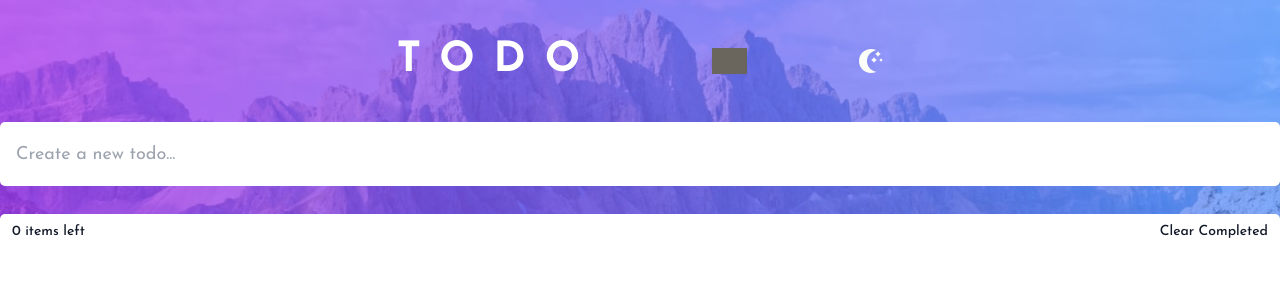
Repository: ikram-lisa/todo-list
Page: /
These files come from the project's save history. The page is drawn as it stood at one moment and after the next save; the edit follows.
The browser window is 1280 px wide. The pictures show the whole page.
Pictures or frames that could not be fetched are drawn as grey boxes. The project was rebuilt for these pictures with package versions that can differ from the ones it lists, and the page was loaded fresh each time. Also part of the build but not shown: vite.config.js.

Above is the page before, as saved 2024-05-14 22:49:46.

After the next save:
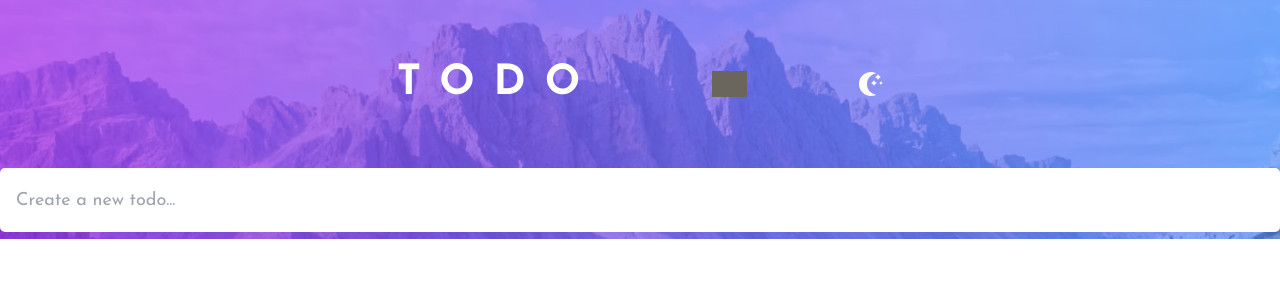
Saved 16 s later.
--- a/src/css/style.scss
+++ b/src/css/style.scss
@@ -35,7 +35,7 @@ body {
 }
 .theme-content {
   width: 38%;
-  margin: 30px auto;
+  margin: 53px auto;
   h1 {
     font-weight: 700;
     color: white;
